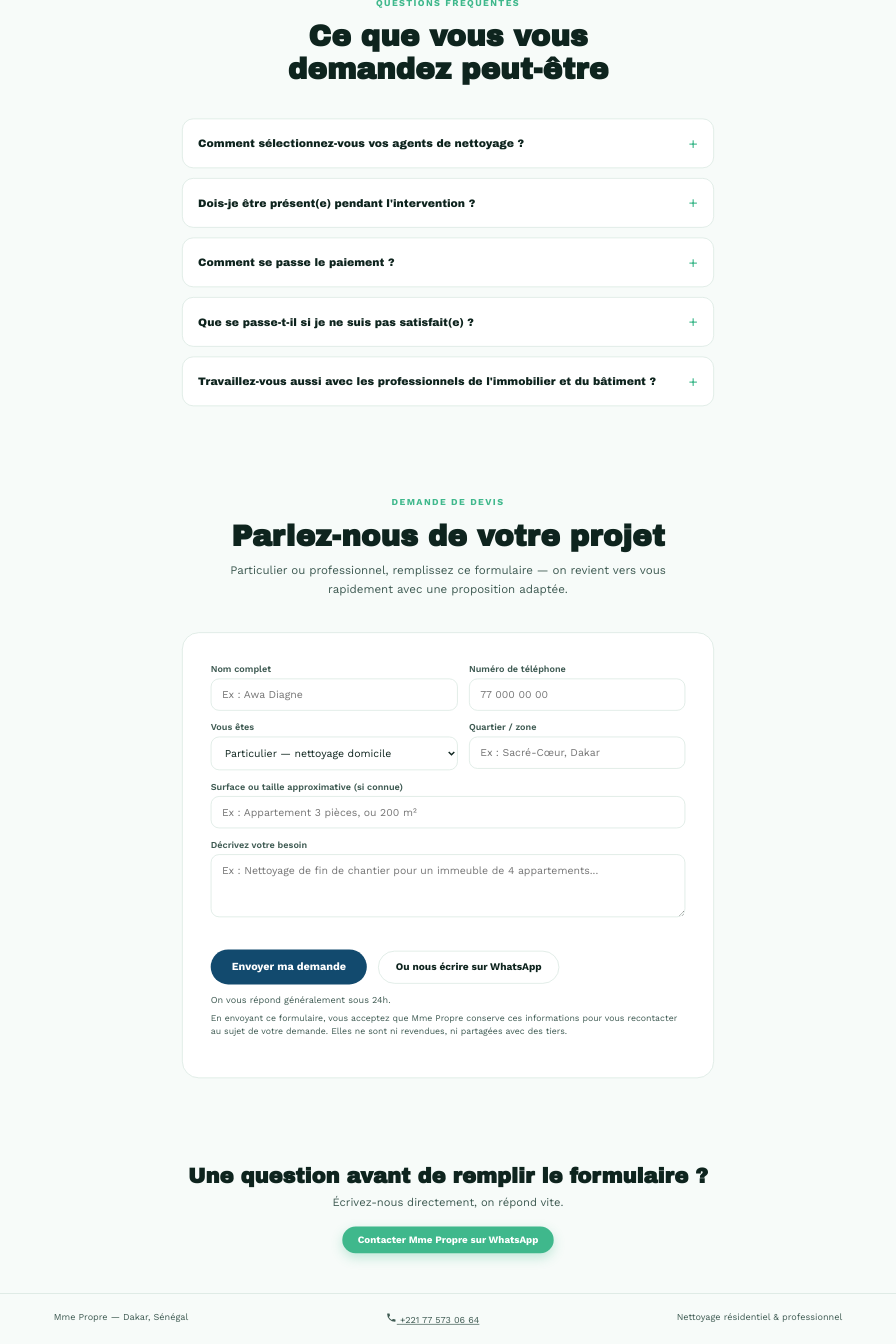
Repository: AntaaaKD/Mme-Propre
Page: index.html
The author's editor kept a copy of each file at every save. The page is drawn from the files as they stood at one save, then again after the next save.
The browser window is 1280 px wide. The pictures show the part of the page from y = 2455 to 4375 px (the page is 4375 px tall before and 4356 px after), at 70% of full size.

Above is the page before, as saved 2026-07-29 00:57:55.

After the next save:
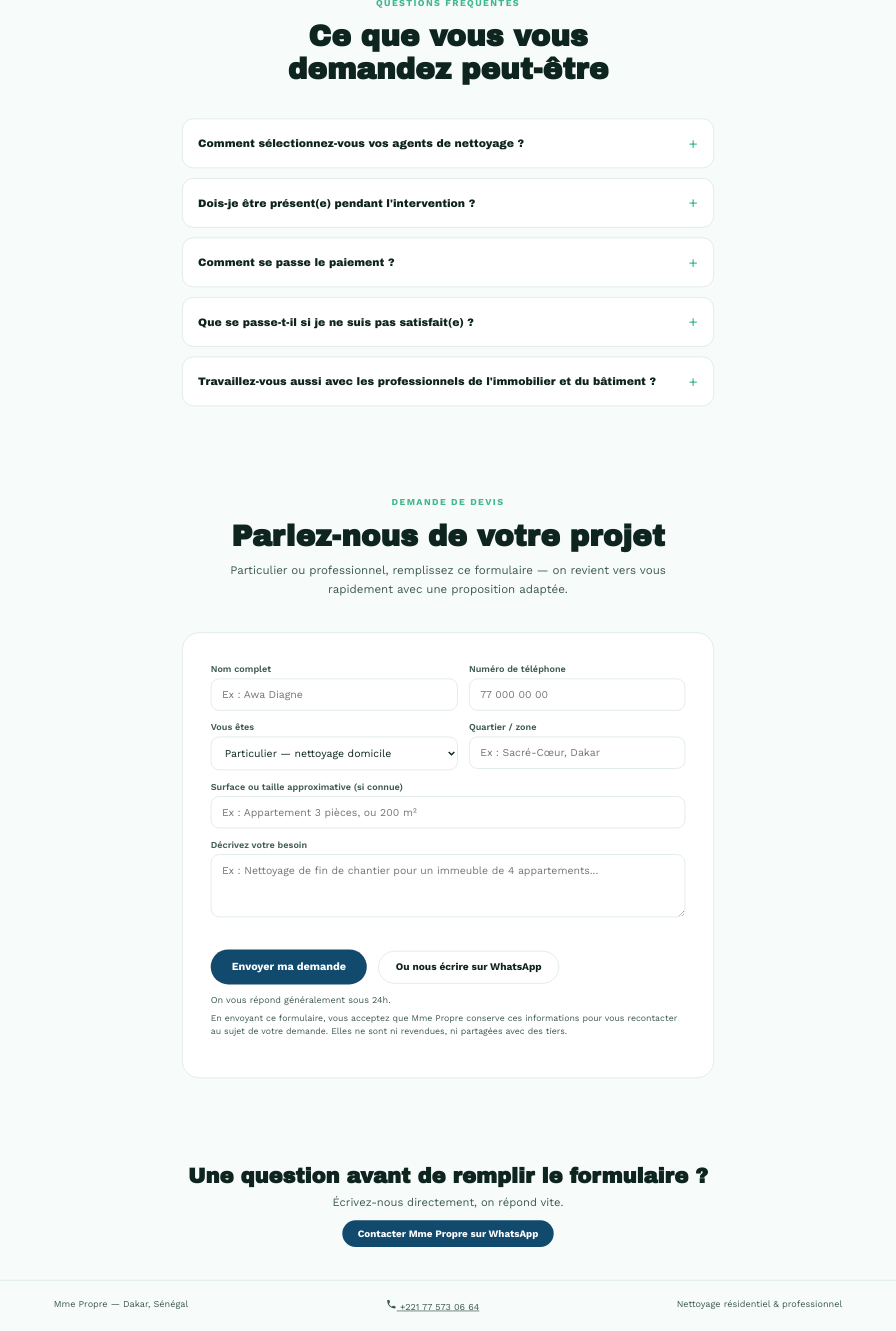
Saved 25 s later.
--- a/index.html
+++ b/index.html
@@ -404,7 +404,7 @@
 <section class="direct">
   <h3>Une question avant de remplir le formulaire ?</h3>
   <p>Écrivez-nous directement, on répond vite.</p>
-  <a class="header-cta header-cta-wa" id="direct-wa" href="#" target="_blank" rel="noopener">Contacter Mme Propre sur WhatsApp</a>
+  <a class="header-cta header-cta-w" id="direct-wa" href="#" target="_blank" rel="noopener">Contacter Mme Propre sur WhatsApp</a>
 </section>
 
 <footer>
